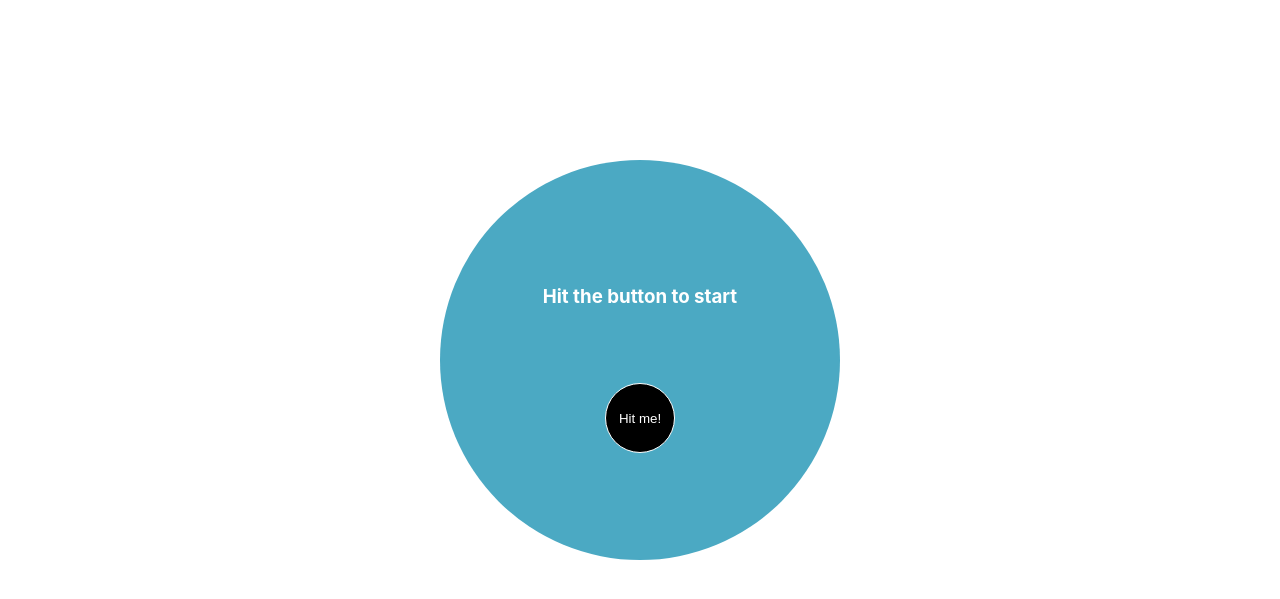
Repository: litalsh/Usless-Counter
Page: /
The author's editor kept a copy of each file at every save. The page is drawn from the files as they stood at one save, then again after the next save.
The browser window is 1280 px wide. The pictures show the whole page.
The project was rebuilt for these pictures with package versions that can differ from the ones it lists, and the page was loaded fresh each time.

Above is the page before, as saved 2021-02-22 12:31:04.

### src/App.js
import React, { useState } from 'react';
import './App.css';

function App() {
  const [counter, setCounter] = useState(0);

  const clickHandler = () => {
    setCounter(counter + 1)
  }
  return (
    <div className="App">
     {counter === 0 ? <h3>Hit the button to start</h3> : <h3>I clicked it {counter} times already but nothing is happaning!</h3>}
     <button onClick={() => clickHandler()}>Hit me!</button>
    </div>
  );
}

export default App;

### src/App.css
#root{
  display: flex;
  width: 100vw;
  height: 100vh;
  justify-content: center;
  flex-direction: row;
  margin: auto;
}

.App {
  display: flex;
  flex-direction: column;
  justify-content: space-evenly;
  text-align: center;
  width: 400px;
  height: 400px;
  border-radius: 50%;
  background: #4BA9C3;
  padding: 50px;
  box-sizing: border-box;
  align-self: center;
}

h3 {
  color: #fff;
}

button {
  width: 70px;
  height: 70px;
  border-radius: 50%;
  border: 1px solid #fff;
  background: #000;
  color: #fff;
  align-self: center;
}

Loaded but not shown: public/index.html (common file); src/index.js (common file); src/index.css (common file); src/reportWebVitals.js (common file)

After the next save:
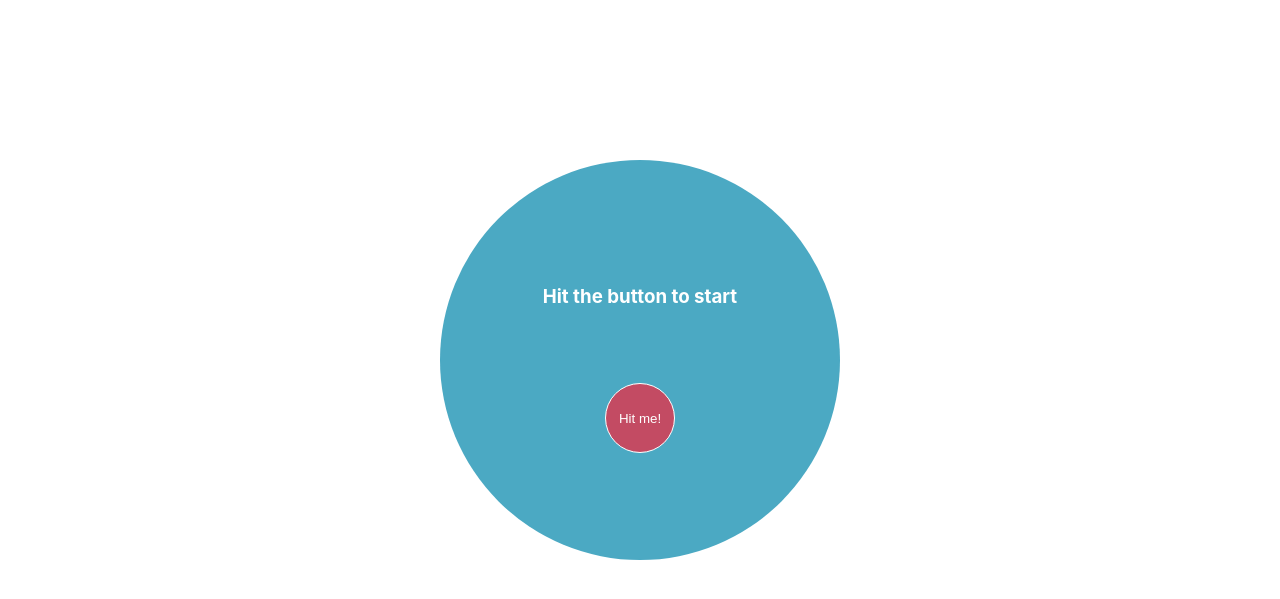
Saved 29 s later.
--- a/src/App.css
+++ b/src/App.css
@@ -30,7 +30,7 @@ button {
   height: 70px;
   border-radius: 50%;
   border: 1px solid #fff;
-  background: #000;
+  background: #C34B63;
   color: #fff;
   align-self: center;
 }
